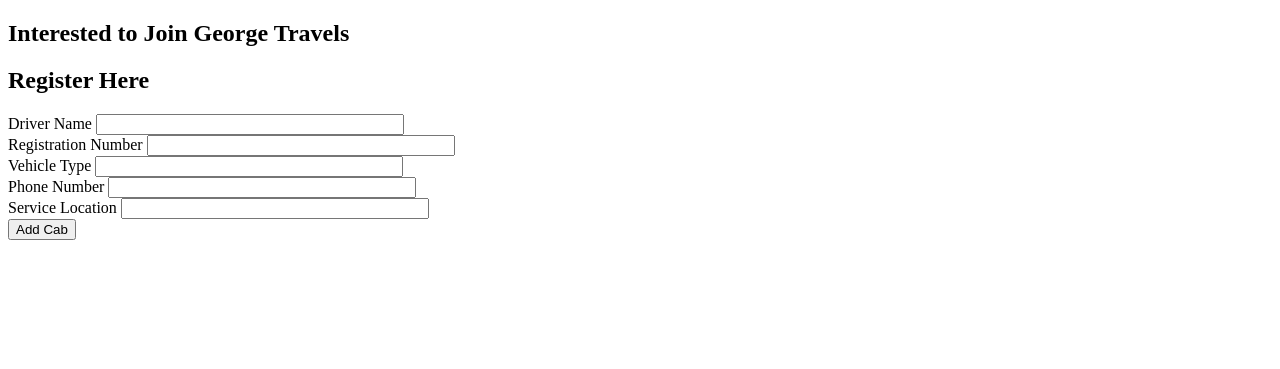
Repository: harshithkandula/Travel-Management-Software
Page: http://localhost/User_Interface_MS/WEB-INF/views/Addcab.jsp
The author's editor kept a copy of each file at every save. The page is drawn from the files as they stood at one save, then again after the next save.
The browser window is 1280 px wide. The pictures show the whole page.
The page is served by Tomcat 9. Nobody is signed in. Other server files are loaded and not shown. The template is opened directly, without the code that normally fills it, so the values that code supplies are empty.

Above is the page before, as saved 2024-04-30 11:27:08.

### User_Interface_MS/src/main/webapp/WEB-INF/views/Addcab.jsp
<%@ page language="java" contentType="text/html; charset=ISO-8859-1"
    pageEncoding="ISO-8859-1"%>
<!DOCTYPE html>
<html>
<head>
<meta charset="ISO-8859-1">
<title>Join Here</title>
</head>
<body>
     <h2>Interested to Join George Travels</h2>
     <h2>Register Here</h2>

     <form action="/book-cab/add-cab" method="post" modelAttribute="cab">
                     <div class="mb-3">
                         <label for="exampleInputDriverName" class="form-label">Driver Name</label>
                         <input type="text" class="form-control" name="driverName"   style="width:300px">

                     </div>
                     <div class="mb-3">
                         <label for="exampleInputRegistrationNumber" class="form-label">Registration Number</label>
                         <input type="text" class="form-control" name="rtNumber" style="width:300px">
                     </div>
                     <div class="mb-3">
                         <label class="form-label" for="exampleInputVehicleType">Vehicle Type</label>
                         <input type="text" class="form-control" name="vehicleType" style="width:300px">

                     </div>

                     <div class="mb-3">
                         <label class="form-label" for="exampleInputPhoneNumber">Phone Number</label>
                         <input type="text" class="form-control" name="PhoneNumber" style="width:300px">

                     </div>

                     <div class="mb-3">
                         <label class="form-label" for="exampleInputServiceLocation">Service Location</label>
                         <input type="text" class="form-control" name="PhoneNumber" style="width:300px">

                     </div>


                     <button type="submit" class="btn btn-primary">Add Cab</button>
                </form>
</body>
</html>

After the next save:
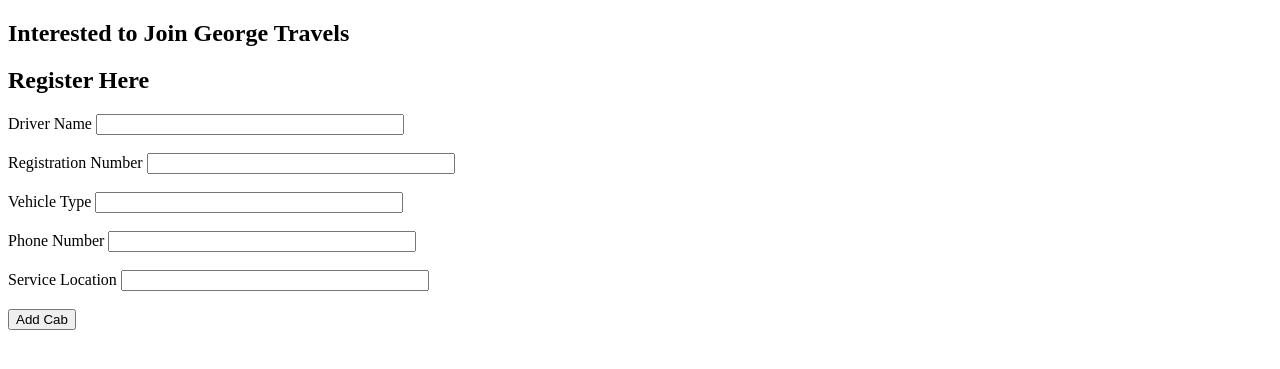
Saved 2 min 42 s later.
--- a/User_Interface_MS/src/main/webapp/WEB-INF/views/Addcab.jsp
+++ b/User_Interface_MS/src/main/webapp/WEB-INF/views/Addcab.jsp
@@ -11,30 +11,25 @@
      <h2>Register Here</h2>
 
      <form action="/book-cab/add-cab" method="post" modelAttribute="cab">
+
+
+             <label for="exampleInputDriverName" class="form-label">Driver Name</label>
+             <input type="text" class="form-control" name="driverName"   style="width:300px"><br><br>
+             <label for="exampleInputRegistrationNumber" class="form-label">Registration Number</label>
+             <input type="text" class="form-control" name="rtNumber" style="width:300px"><br><br>
+             <label class="form-label" for="exampleInputVehicleType">Vehicle Type</label>
+             <input type="text" class="form-control" name="vehicleType" style="width:300px"><br><br>
+             <label class="form-label" for="exampleInputPhoneNumber">Phone Number</label>
+             <input type="text" class="form-control" name="PhoneNumber" style="width:300px"><br><br>
+             <label class="form-label" for="exampleInputServiceLocation">Service Location</label>
+             <input type="text" class="form-control" name="PhoneNumber" style="width:300px"><br><br>
                      <div class="mb-3">
-                         <label for="exampleInputDriverName" class="form-label">Driver Name</label>
-                         <input type="text" class="form-control" name="driverName"   style="width:300px">
 
-                     </div>
-                     <div class="mb-3">
-                         <label for="exampleInputRegistrationNumber" class="form-label">Registration Number</label>
-                         <input type="text" class="form-control" name="rtNumber" style="width:300px">
-                     </div>
-                     <div class="mb-3">
-                         <label class="form-label" for="exampleInputVehicleType">Vehicle Type</label>
-                         <input type="text" class="form-control" name="vehicleType" style="width:300px">
 
                      </div>
 
                      <div class="mb-3">
-                         <label class="form-label" for="exampleInputPhoneNumber">Phone Number</label>
-                         <input type="text" class="form-control" name="PhoneNumber" style="width:300px">
 
-                     </div>
-
-                     <div class="mb-3">
-                         <label class="form-label" for="exampleInputServiceLocation">Service Location</label>
-                         <input type="text" class="form-control" name="PhoneNumber" style="width:300px">
 
                      </div>
 
